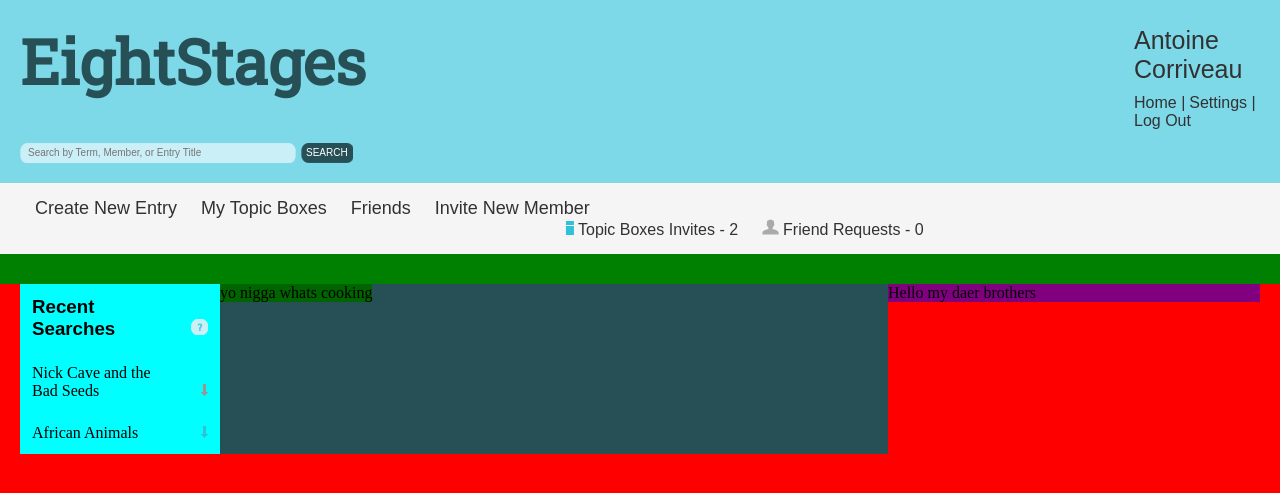
Repository: bhattaraib58/eighstages-lf-design
Page: Assignment 3/Eight Stages Website Mockup Done/index.html
These files come from the project's save history. The page is drawn as it stood at one moment and after the next save; the edit follows.
The browser window is 1280 px wide. The pictures show the whole page.
Some web fonts or font styles are not loaded; a fallback is used.

Above is the page before, as saved 2019-06-09 23:57:51.

After the next save:
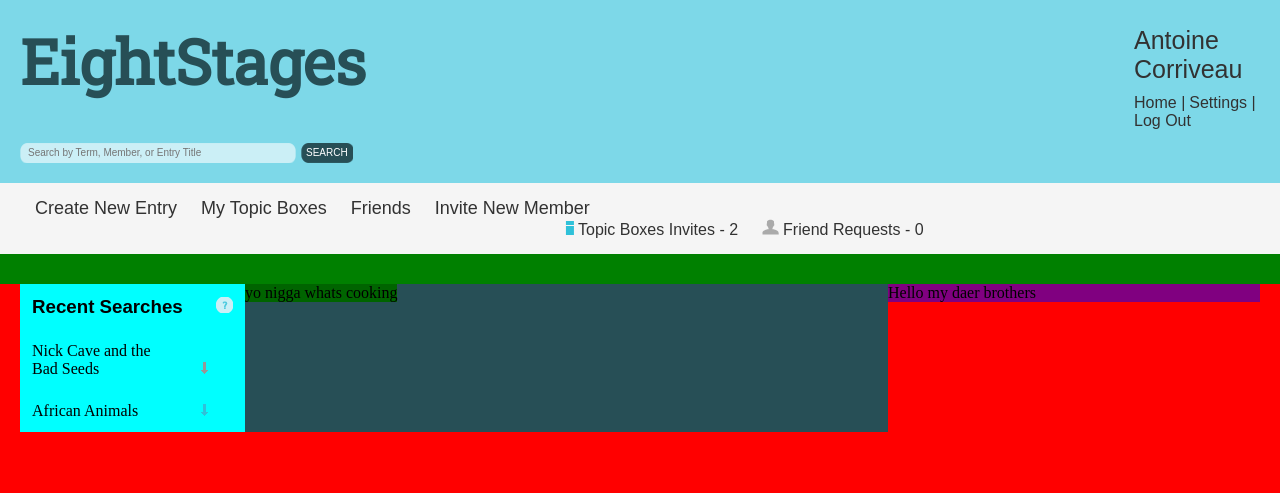
Saved 70 s later.
--- a/Assignment 3/Eight Stages Website Mockup Done/css/style.css
+++ b/Assignment 3/Eight Stages Website Mockup Done/css/style.css
@@ -166,7 +166,7 @@
 }
 
 .content h3 {
-    width: 130px;
+    width: 155px;
     word-wrap: break-word;
     display: inline-block;
     font-family: "Istok Web ", sans-serif;
